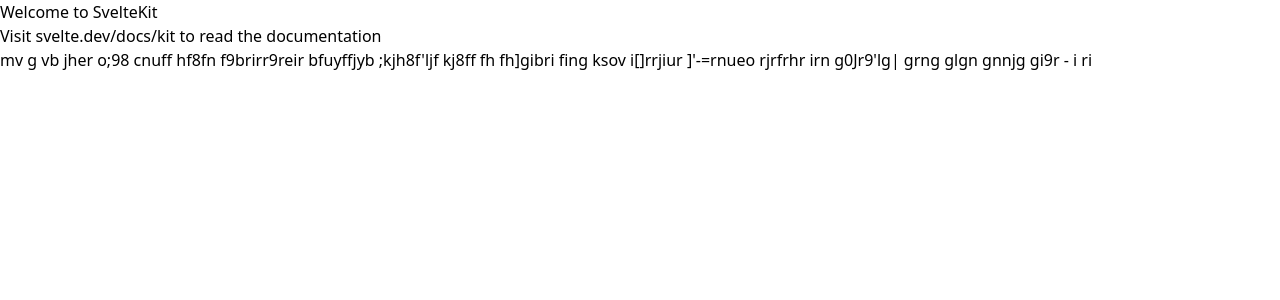
Repository: zishandeshmukh/jdtm
Page: / (app in frontend/)
The author's editor kept a copy of each file at every save. The page is drawn from the files as they stood at one save, then again after the next save.
The browser window is 1280 px wide. The pictures show the whole page.
The project was rebuilt for these pictures with package versions that can differ from the ones it lists, and the page was loaded fresh each time. The framework's server and built-in components were replaced by stand-ins that run in the browser. Also part of the build but not shown: frontend/svelte.config.js, frontend/vite.config.js.

Above is the page before, as saved 2024-11-03 01:17:29.

### frontend/src/routes/+page.svelte
<h1>Welcome to SvelteKit</h1>
<p>Visit <a href="https://svelte.dev/docs/kit">svelte.dev/docs/kit</a> to read the documentation</p>
mv  g vb jher o;98 cnuff  hf8fn f9brirr9reir bfuyffjyb ;kjh8f'ljf
kj8ff
fh fh]gibri fing ksov i[]rrjiur ]'-=rnueo
rjrfrhr  irn
g0Jr9'lg|
grng glgn
   gnnjg
   gi9r -  i ri

Loaded but not shown: frontend/src/app.html (common file); frontend/src/routes/+layout.svelte (common file); frontend/src/app.css (common file); frontend/tailwind.config.js (common file)

After the next save:
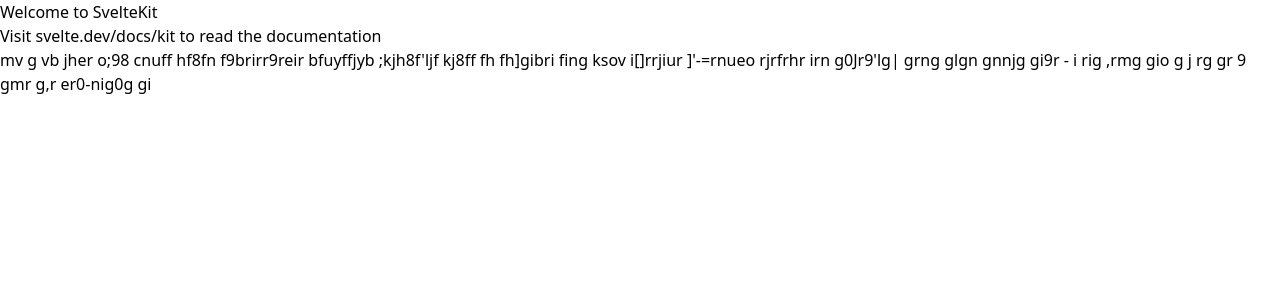
Saved 14 s later.
--- a/frontend/src/routes/+page.svelte
+++ b/frontend/src/routes/+page.svelte
@@ -7,4 +7,14 @@
 g0Jr9'lg|
 grng glgn
    gnnjg
-   gi9r -  i ri
+   gi9r -  i rig
+    ,rmg
+     gio
+     g j rg gr 9
+
+     gmr
+
+     g,r
+
+     er0-nig0g
+     gi
